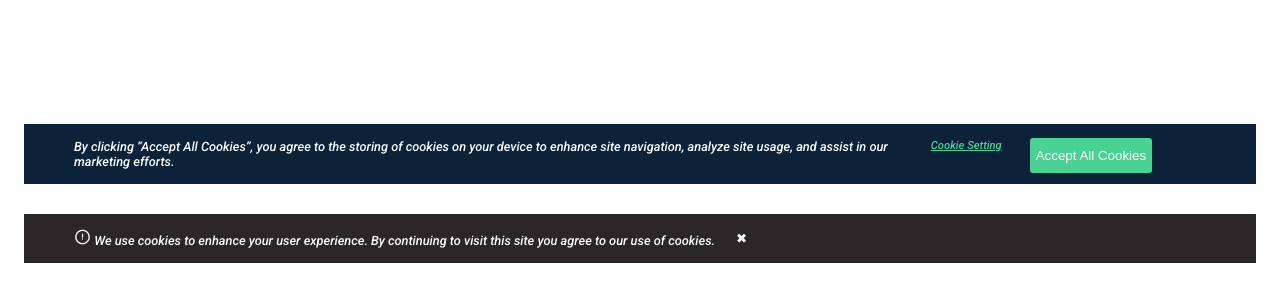
Repository: batonAnton/cursor_cookies_lectr3
Page: index.html
An editor plug-in stored every save of this project. The page is shown before and after the next save, followed by the edit.
The browser window is 1280 px wide. The pictures show the whole page.

Above is the page before, as saved 2022-06-01 12:08:28.

After the next save:
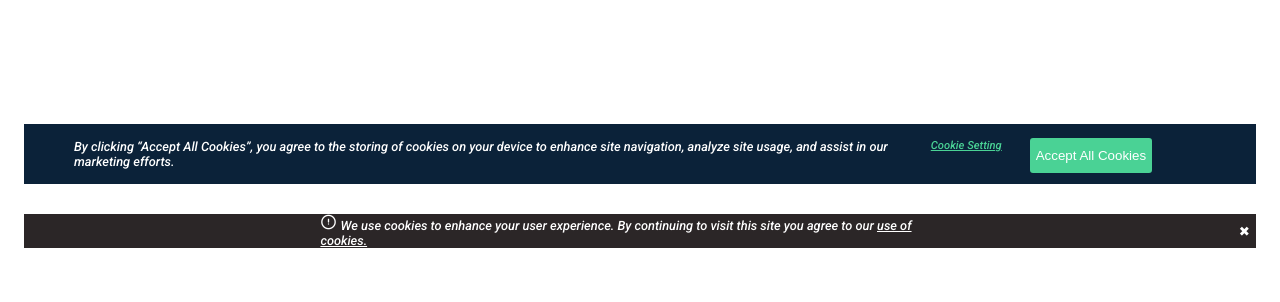
Saved 2 min 54 s later.
--- a/css/style.css
+++ b/css/style.css
@@ -43,7 +43,8 @@ p {
 
 .banner_2 p {
   color: #ffffff;
-  margin: 15px 15px 15px 50px;
+  margin: auto;
+  width: 50%;
 }
 
 .banner_2 button {
@@ -51,3 +52,7 @@ p {
   color: #ffffff;
   background-color: #2b2627;
 }
+
+.under_span {
+  text-decoration: underline;
+}
